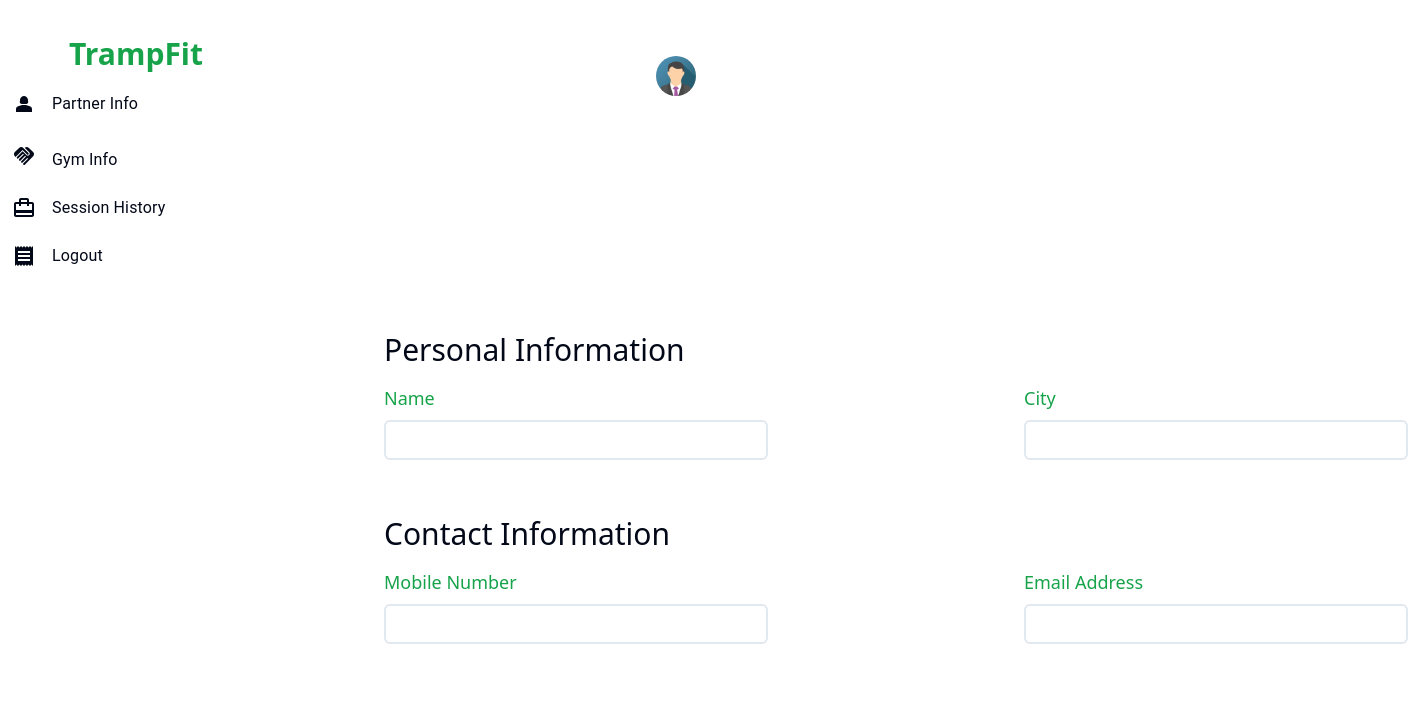
Repository: ezioxatul/TrampFit-Website
Page: /partner/partnerDashboard/partnerInfo (app in Frontend/)
The author's editor kept a copy of each file at every save. The page is drawn from the files as they stood at one save, then again after the next save.
The browser window is 1280 px wide. The page is 1408 px wide, then 1280 px, so the pictures cover 1408 px, including what lies to the right of the window. The pictures show the whole page.
The project was rebuilt for these pictures with package versions that can differ from the ones it lists, and the page was loaded fresh each time. The framework's server and built-in components were replaced by stand-ins that run in the browser. Also part of the build but not shown: Frontend/next.config.js, Frontend/next.config.mjs, Frontend/components/Loader.js, Frontend/components/Popup.js.

Above is the page before, as saved 2024-05-16 17:43:37.

### Frontend/pages/_app.js
import Loader from "@/components/Loader";
import "@/styles/globals.css";
import { useRouter } from "next/router";
import { useEffect, useState } from "react";


const Loading = () => {

  return (
    <Loader/>
  );
}

export default function App({ Component, pageProps }) {

  const [loading, setLoading] = useState(false);
  const router = useRouter();

  useEffect(() => {
    const handleStart = () => setLoading(true);
    const handleComplete = () => setLoading(false);

    router.events.on('routeChangeStart', handleStart);
    router.events.on('routeChangeComplete', handleComplete);
    router.events.on('routeChangeError', handleComplete);

    return () => {
      router.events.off('routeChangeStart', handleStart);
      router.events.off('routeChangeComplete', handleComplete);
      router.events.off('routeChangeError', handleComplete);
    };
  }, []);

  return (
    <>
    <div className="h-2">
      {
        loading  &&
          <Loading />

      }
      </div>
          <Component {...pageProps} />

    </>
  );
}

### Frontend/pages/_document.js
import { Html, Head, Main, NextScript } from "next/document";

export default function Document() {
  return (
    <Html lang="en">
          <Head />
          <body>
            <Main />
            <NextScript />
          </body>
        </Html>
        );
}

### Frontend/pages/partner/partnerDashboard/partnerInfo.js
import PartnerSideBar from "@/components/PartnerSideBar";
import { Avatar } from "@mui/material";
import { Input } from "@/components/ui/input";
import { Label } from "@/components/ui/label";
import { useEffect, useState } from "react";
import { useRouter } from "next/router";
import { ToastContainer, toast } from "react-toastify";

export default function partnerInfo() {
    const inputClassName = "w-96 text-lg border-2";
    const labelClassName = "text-lg text-green-600 font-normal";
    const containerClassName = "ml-96";

    return (
        <>
            <div className="flex flex-col min-h-screen">
                <div className="flex">
                    <PartnerSideBar />
                    <div className={`${containerClassName} mt-12 mx-auto`}>
                        <Avatar className="w-36 h-36 text-6xl bg-black" src="/avtar.png" />
                    </div>
                </div>
                <div>
                    <h1 className={`${containerClassName} text-3xl mb-4`}>Personal Information</h1>
                    <div className={`${containerClassName} flex mb-10`}>
                        <div className="mr-32 space-y-2">
                            <Label htmlFor="name" className={labelClassName}>
                                Name
                            </Label>
                            <Input type="text" className={inputClassName} />
                        </div>
                        <div className="ml-32 space-y-2">
                            <Label htmlFor="city" className={labelClassName}>
                                City
                            </Label>
                            <Input type="text" className={inputClassName} />
                        </div>
                    </div>
                </div>
                <div>
                    <h1 className={`${containerClassName} text-3xl mb-4 mt-4`}>Contact Information</h1>
                    <div className={`${containerClassName} flex mb-10`}>
                        <div className="mr-32 space-y-2">
                            <Label htmlFor="name" className={labelClassName}>
                                Mobile Number
                            </Label>
                            <Input type="text" className={inputClassName} />
                        </div>
                        <div className="ml-32 space-y-2 mb-10">
                            <Label htmlFor="city" className={labelClassName}>
                                Email Address
                            </Label>
                            <Input type="text" className={inputClassName} />
                        </div>
                        <ToastContainer />
                    </div>
                </div>
            </div>
        </>
    );
}

### Frontend/styles/globals.css
@tailwind base;
@tailwind components;
@tailwind utilities;


@layer base {
  :root {
    --background: 0 0% 100%;
    --foreground: 222.2 84% 4.9%;

    --card: 0 0% 100%;
    --card-foreground: 222.2 84% 4.9%;

    --popover: 0 0% 100%;
    --popover-foreground: 222.2 84% 4.9%;

    --primary: 222.2 47.4% 11.2%;
    --primary-foreground: 210 40% 98%;

    --secondary: 210 40% 96.1%;
    --secondary-foreground: 222.2 47.4% 11.2%;

    --muted: 210 40% 96.1%;
    --muted-foreground: 215.4 16.3% 46.9%;

    --accent: 210 40% 96.1%;
    --accent-foreground: 222.2 47.4% 11.2%;

    --destructive: 0 84.2% 60.2%;
    --destructive-foreground: 210 40% 98%;

    --border: 214.3 31.8% 91.4%;
    --input: 214.3 31.8% 91.4%;
    --ring: 222.2 84% 4.9%;

    --radius: 0.5rem;
  }

  .dark {
    --background: 222.2 84% 4.9%;
    --foreground: 210 40% 98%;

    --card: 222.2 84% 4.9%;
    --card-foreground: 210 40% 98%;

    --popover: 222.2 84% 4.9%;
    --popover-foreground: 210 40% 98%;

    --primary: 210 40% 98%;
    --primary-foreground: 222.2 47.4% 11.2%;

    --secondary: 217.2 32.6% 17.5%;
    --secondary-foreground: 210 40% 98%;

    --muted: 217.2 32.6% 17.5%;
    --muted-foreground: 215 20.2% 65.1%;

    --accent: 217.2 32.6% 17.5%;
    --accent-foreground: 210 40% 98%;

    --destructive: 0 62.8% 30.6%;
    --destructive-foreground: 210 40% 98%;

    --border: 217.2 32.6% 17.5%;
    --input: 217.2 32.6% 17.5%;
    --ring: 212.7 26.8% 83.9%;
  }
}

@layer base {
  * {
    @apply border-border;
  }
  body {
    @apply bg-background text-foreground;
  }
}


.outline_remove:focus{


}
.focus-visible\:ring-offset-2:focus-visible{
  border:none !important;
  outline: none !important;
  border-style: none;
}

### Frontend/components/PartnerSideBar.js
import List from '@mui/material/List';
import ListItemButton from '@mui/material/ListItemButton';
import ListItemText from '@mui/material/ListItemText';
import Person2Icon from '@mui/icons-material/Person2';
import HandshakeIcon from '@mui/icons-material/Handshake';
import CardTravelIcon from '@mui/icons-material/CardTravel';
import ReceiptIcon from '@mui/icons-material/Receipt';
import LogoutIcon from '@mui/icons-material/Logout';

import { useState } from 'react';
import Link from 'next/link';
import Popup from './Popup';
import { useRouter } from 'next/router';

export default function PartnerSideBar() {

    let SideBarHeading = ['Partner Info', 'Gym Info', 'Session History', 'Logout'];

    let router = useRouter();
    let [start, setStart] = useState(false);

    const logout = () => {
        setStart(!start);
    }


    const logoutEvent = () => {
        localStorage.removeItem('partnerToken');
        setStart(false);
        router.push('/partner/partnerLogin')
    }
    return (
        <>
            <div className=" w-72  m-[-8px] p-1  mb-10">
                <Link href="#"><h1 className=' text-green-600 text-3xl font-semibold text-center mt-8 cursor-pointer'>TrampFit</h1></Link>

                <List className='bg-white mt-8 ml-6 space-y-2'>
                    {
                        SideBarHeading.map((text, index) => {
                            return (
                                index === 1 ?
                                    <>

                                        <ListItemButton className=' space-x-4 flex justify-between hover:bg-green-100 hover:rounded-2xl hover:text-green-600'>
                                            <Link href="#" className='flex space-x-4 '>
                                                <HandshakeIcon className='text-2xl' />
                                                <ListItemText primary={text} />
                                            </Link>
                                        </ListItemButton>

                                    </> :
                                    index === 0 ?
                                        <Link href="#">
                                            <ListItemButton className=' space-x-4 hover:bg-green-100 hover:rounded-2xl hover:text-green-600'>
                                                <Person2Icon className='text-2xl' />
                                                <ListItemText primary={text} />
                                            </ListItemButton>
                                        </Link> :
                                        index === 2 ?
                                            <Link href="#">
                                                <ListItemButton className=' space-x-4 hover:bg-green-100 hover:rounded-2xl hover:text-green-600'>
                                                    <CardTravelIcon className='text-2xl' />
                                                    <ListItemText primary={text} />
                                                </ListItemButton>
                                            </Link> :
                                            index === 3 ?
                                                <Link href="#">
                                                    <ListItemButton className=' space-x-4 hover:bg-green-100 hover:rounded-2xl hover:text-green-600'>
                                                        <ReceiptIcon className='text-2xl' />
                                                        <ListItemText primary={text} />
                                                    </ListItemButton>
                                                </Link> :
                                                <ListItemButton className=' space-x-4 hover:bg-green-100 hover:rounded-2xl hover:text-green-600' onClick={logout}>
                                                    <LogoutIcon className='text-2xl' />
                                                    <ListItemText primary={text} />
                                                    <Popup open={start} title={"Do you Really want to Logout?"} cancel="Cancel" logout="Logout" logoutEvent={logoutEvent} cancelEvent={logout} />
                                                </ListItemButton>
                            )
                        })
                    }
                </List>
            </div>
        </>
    );
}

### Frontend/tailwind.config.js
/** @type {import('tailwindcss').Config} */
module.exports = {
  darkMode: ["class"],
  content: [
    './pages/**/*.{js,jsx}',
    './components/**/*.{js,jsx}',
    './app/**/*.{js,jsx}',
    './src/**/*.{js,jsx}',
  ],
  prefix: "",
  theme: {
    container: {
      center: true,
      padding: "2rem",
      screens: {
        "2xl": "1400px",
      },
    },
    extend: {fontFamily: {
      play: ["Play", "sans-serif"],
    },
      colors: {
        border: "hsl(var(--border))",
        input: "hsl(var(--input))",
        ring: "hsl(var(--ring))",
        background: "hsl(var(--background))",
        foreground: "hsl(var(--foreground))",
        primary: {
          DEFAULT: "hsl(var(--primary))",
          foreground: "hsl(var(--primary-foreground))",
        },
        secondary: {
          DEFAULT: "hsl(var(--secondary))",
          foreground: "hsl(var(--secondary-foreground))",
        },
        destructive: {
          DEFAULT: "hsl(var(--destructive))",
          foreground: "hsl(var(--destructive-foreground))",
        },
        muted: {
          DEFAULT: "hsl(var(--muted))",
          foreground: "hsl(var(--muted-foreground))",
        },
        accent: {
          DEFAULT: "hsl(var(--accent))",
          foreground: "hsl(var(--accent-foreground))",
        },
        popover: {
          DEFAULT: "hsl(var(--popover))",
          foreground: "hsl(var(--popover-foreground))",
        },
        card: {
          DEFAULT: "hsl(var(--card))",
          foreground: "hsl(var(--card-foreground))",
        },
      },
      borderRadius: {
        lg: "var(--radius)",
        md: "calc(var(--radius) - 2px)",
        sm: "calc(var(--radius) - 4px)",
      },
      keyframes: {
        "accordion-down": {
          from: { height: "0" },
          to: { height: "var(--radix-accordion-content-height)" },
        },
        "accordion-up": {
          from: { height: "var(--radix-accordion-content-height)" },
          to: { height: "0" },
        },
      },
      animation: {
        "accordion-down": "accordion-down 0.2s ease-out",
        "accordion-up": "accordion-up 0.2s ease-out",
      },
    },
  },
  plugins: [require("tailwindcss-animate")],
}

Loaded but not shown: Frontend/components/ui/input.jsx (common file); Frontend/components/ui/label.jsx (common file); Frontend/lib/utils.js (common file)

After the next save:
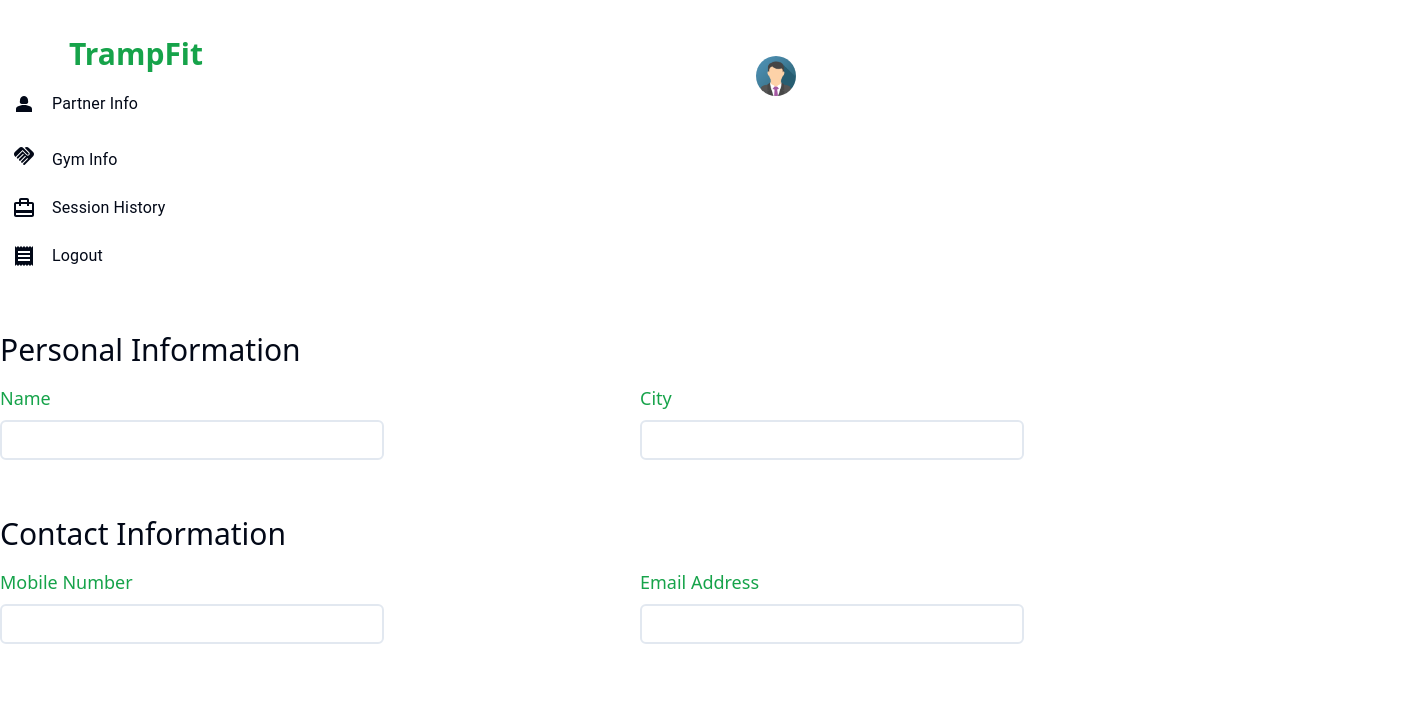
Saved 27 s later.
--- a/Frontend/pages/partner/partnerDashboard/partnerInfo.js
+++ b/Frontend/pages/partner/partnerDashboard/partnerInfo.js
@@ -9,7 +9,7 @@ import { ToastContainer, toast } from "react-toastify";
 export default function partnerInfo() {
     const inputClassName = "w-96 text-lg border-2";
     const labelClassName = "text-lg text-green-600 font-normal";
-    const containerClassName = "ml-96";
+    const containerClassName = "ml-auto";
 
     return (
         <>
